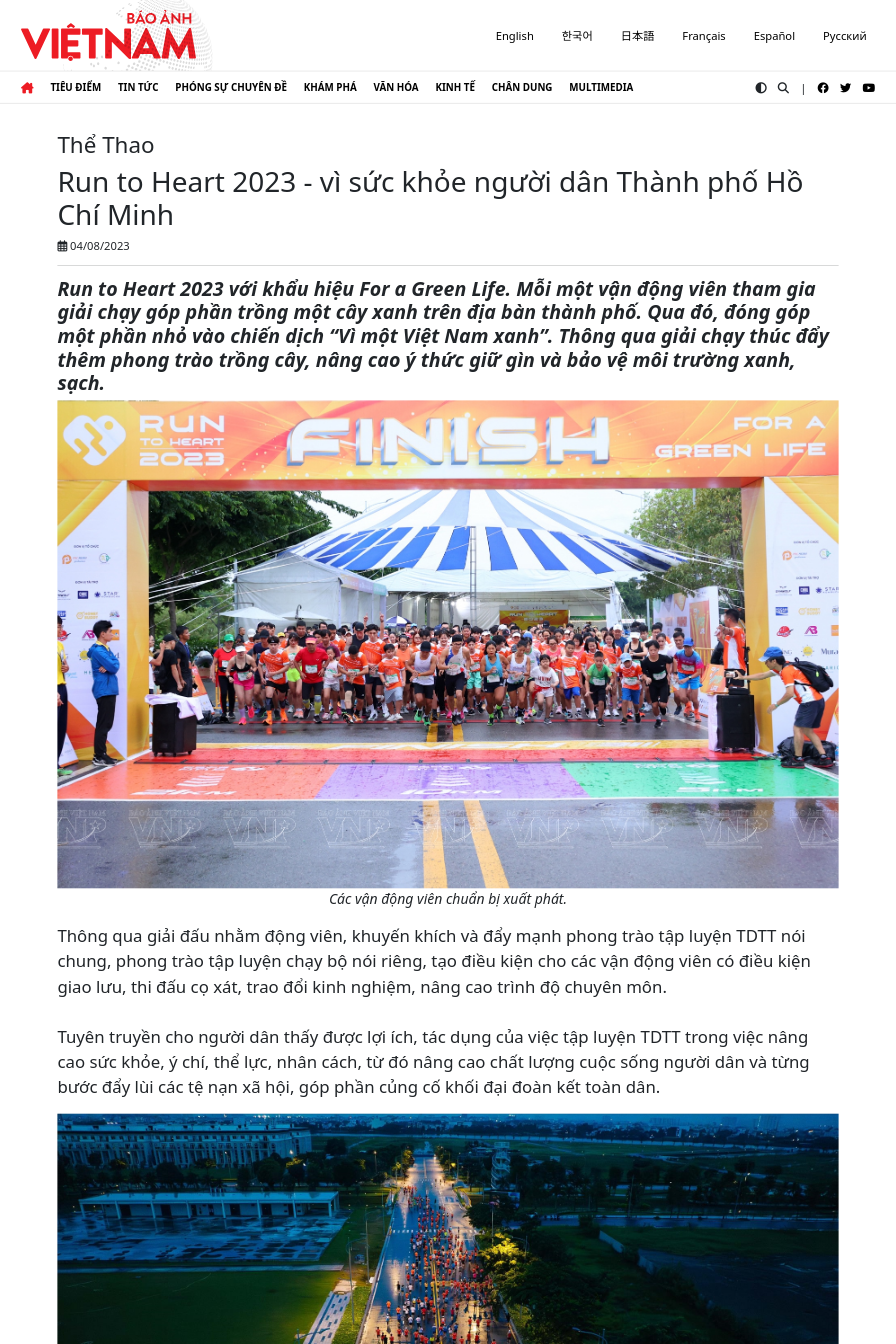
Repository: kietdotshp/webtintuc
Page: Detail.html
An editor plug-in stored every save of this project. The page is shown before and after a run of saves, followed by the edit.
The browser window is 1280 px wide. The pictures show the part of the page from y = 0 to 1920 px (the page is 9599 px tall before and 8906 px after), at 70% of full size.
Some web libraries are served in a nearby version.

Above is the page before, as saved 2023-08-10 17:33:29.

### Detail.html
<!DOCTYPE html>
<html lang="en">

<head>
    <title></title>
    <meta charset="UTF-8">
    <meta name="viewport" content="width=device-width, initial-scale=1">
    <link href="assets/css/detail.css" rel="stylesheet">
    <link href="https://cdn.jsdelivr.net/npm/bootstrap@5.3.1/dist/css/bootstrap.min.css" rel="stylesheet"
        integrity="sha384-4bw+/aepP/YC94hEpVNVgiZdgIC5+VKNBQNGCHeKRQN+PtmoHDEXuppvnDJzQIu9" crossorigin="anonymous">
    <link href="https://cdn.jsdelivr.net/npm/bootstrap@5.3.1/dist/css/bootstrap.min.css" rel="stylesheet"
        integrity="sha384-4bw+/aepP/YC94hEpVNVgiZdgIC5+VKNBQNGCHeKRQN+PtmoHDEXuppvnDJzQIu9" crossorigin="anonymous" />
    <script src="https://cdn.jsdelivr.net/npm/bootstrap@5.3.1/dist/js/bootstrap.bundle.min.js"></script>
    <script src="https://kit.fontawesome.com/a076d05399.js"></script>
    <link rel="stylesheet" href="https://cdnjs.cloudflare.com/ajax/libs/font-awesome/6.4.2/css/all.min.css"
        integrity="sha512-z3gLpd7yknf1YoNbCzqRKc4qyor8gaKU1qmn+CShxbuBusANI9QpRohGBreCFkKxLhei6S9CQXFEbbKuqLg0DA=="
        crossorigin="anonymous" referrerpolicy="no-referrer" />

    <link rel="stylesheet" href="https://cdnjs.cloudflare.com/ajax/libs/font-awesome/4.7.0/css/font-awesome.min.css" />
</head>

<body>
    <header>
        <div class="container-custom">
            <section class="d-flex align-items-center justify-content-between">
                <!-- Web logo -->
                <figure class="web-logo">
                    <img src="./assets/images/logo-vi.svg" alt="Logo" class="img-contain" />
                </figure>

                <div class="d-none d-lg-flex align-items-center gap-3">
                    <a href="javascript:void(0)" class="choose-lang">English</a>
                    <a href="javascript:void(0)" class="choose-lang">한국어</a>
                    <a href="javascript:void(0)" class="choose-lang">日本語</a>
                    <a href="javascript:void(0)" class="choose-lang">Français</a>
                    <a href="javascript:void(0)" class="choose-lang">Español</a>
                    <a href="javascript:void(0)" class="choose-lang">Русский</a>
                </div>

                <a class="mobile-menu d-lg-none" href="javascript:void(0)">
                    <i class="fa-solid fa-bars-staggered fs-2"></i>
                </a>
            </section>
        </div>

        <div class="line-seperate-horizontal"></div>

        <div class="container-custom">
            <section class="d-flex align-items-center justify-content-between py-3 py-lg-0">
                <div class="d-flex align-items-center gap-4 gap-xxl-5">
                    <a href="javascript:void(0)">
                        <i class="fa-solid fa-house-chimney color-primary"></i>
                    </a>

                    <div class="d-none d-lg-flex align-items-center gap-4 gap-xxl-5">
                        <a href="javascript:void(0)" class="menu-item">Tiêu điểm</a>
                        <a href="javascript:void(0)" class="menu-item">Tin tức</a>
                        <a href="javascript:void(0)" class="menu-item">Phóng sự chuyên đề</a>
                        <a href="javascript:void(0)" class="menu-item">Khám phá</a>
                        <a href="javascript:void(0)" class="menu-item">Văn hóa</a>
                        <a href="javascript:void(0)" class="menu-item">Kinh tế</a>
                        <a href="javascript:void(0)" class="menu-item">Chân dung</a>
                        <a href="javascript:void(0)" class="menu-item">Multimedia</a>
                    </div>
                </div>

                <div class="d-flex align-items-center gap-3">
                    <div class="d-flex align-items-center gap-3">
                        <div class="cursor-pointer">
                            <i class="fa-solid fa-circle-half-stroke"></i>
                        </div>
                        <div class="cursor-pointer">
                            <i class="fa-solid fa-magnifying-glass"></i>
                        </div>
                    </div>

                    <div class="d-lg-none d-xl-block">|</div>

                    <div class="d-lg-none d-xl-flex align-items-center gap-3">
                        <a href="javascript:void(0)">
                            <i class="fa-brands fa-facebook-f"></i>
                        </a>
                        <a href="javascript:void(0)">
                            <i class="fa-brands fa-twitter"></i>
                        </a>
                        <a href="javascript:void(0)">
                            <i class="fa-brands fa-youtube"></i>
                        </a>
                    </div>
                </div>
            </section>
        </div>
    </header>
    <div class="line-seperate-horizontal"></div>

    <main>
        <div class="container">
            <div class="detailmenu">
                <h2>
                    <link href="#" target="kiểu mở liên kết">Thể Thao</link>
                </h2>
                <h1>Run to Heart 2023 - vì sức khỏe người dân Thành phố Hồ Chí Minh</h1>
                <div class="timeline">
                    <time>
                        <i class="fa-regular fa-calendar"></i>
                        04/08/2023
                    </time>
                </div>
                <hr />
            </div>
            <div class="smaller">
                <div>
                    <h3>
                        <span class="title">Run to Heart 2023 với khẩu hiệu For a Green Life.
                            Mỗi một vận động viên tham gia giải chạy góp phần trồng một cây xanh trên địa bàn thành phố.
                            Qua đó, đóng góp một phần nhỏ vào chiến dịch “Vì một Việt Nam xanh”. Thông qua giải chạy
                            thúc đẩy
                            thêm phong trào trồng cây, nâng cao ý thức giữ gìn và bảo vệ môi trường xanh, sạch.
                        </span>
                    </h3>
                    <img src="assets/images/detail1.jpg">
                    <p style="color:darkbluel;text-align:center;font-style:italic;font-size: 1.25rem;">Các vận động viên
                        chuẩn bị xuất phát.
                    </p>
                    <div class="content1">
                        <span>Thông qua giải đấu nhằm động viên, khuyến khích và đẩy mạnh phong trào tập luyện TDTT nói
                            chung, phong trào tập luyện chạy bộ nói riêng,
                            tạo điều kiện cho các vận động viên có điều kiện giao lưu, thi đấu cọ xát, trao đổi kinh
                            nghiệm, nâng cao trình độ chuyên môn.</span>
                        <br><br>
                        <p>Tuyên truyền cho người dân thấy được lợi ích, tác dụng của việc tập luyện TDTT trong việc
                            nâng cao sức khỏe, ý chí, thể lực, nhân cách, từ đó nâng cao chất lượng cuộc sống người dân
                            và
                            từng bước đẩy lùi các tệ nạn xã hội, góp phần củng cố khối đại đoàn kết toàn dân.</p>
                    </div>
                </div>
                <div>
                    <img src="assets/images/detail2.jpg">
                    <p style="color:darkbluel;text-align:center;font-style:italic;font-size: 1.25rem;">Các vận động viên
                        xuất phát từ lúc 5h sáng ở cự ly 21km.
                    </p>
                    <img src="assets/images/detail3.jpg">
                    <p style="color:darkbluel;text-align:center;font-style:italic;font-size: 1.25rem;">Gần 1500 vận động
                        viên tham gia giải Run to Heart 2023.
                    </p>
                    <img src="assets/images/detail4.jpg">
                    <p style="color:darkbluel;text-align:center;font-style:italic;font-size: 1.25rem;">Nụ cười luôn
                        trường trực trên môi các vận động viên.
                    </p>
                </div>
                <div class="content1">
                    <span>
                        Không có nét căng thẳng trên gương mặt, không có sự tính toán thắng thua hay cạnh tranh nhau,
                        trên đôi môi ai cũng nở những nụ cười thật tươi. Họ tham gia giải, mục đích chính chẳng phải
                        thắng hay thua, mà vì muốn chung tay đóng góp vào môi trường của
                        Thành phố và một thông điệp chú trọng bảo vệ sức khỏe của chính mình và người thân trước dịch
                        bệnh.
                    </span>
                    <br><br>
                    <span>
                        Vận động viên Ngọc Đại đến từ Tp. Thủ Đức tham gia giải Run to Heart 2023 cho biết:
                        “Mình sống ở Sài Gòn lâu năm nhưng chưa có ý thức lắm trong việc bảo vệ môi trường sống,
                        tham dự giải lần này cũng muốn đóng góp một chút sức mình để bảo vệ thiên nhiên và cảnh quang
                        thành phố”.
                    </span>
                </div>
                <div>
                    <img src="assets/images/detail5.jpg">
                    <p style="color:darkbluel;text-align:center;font-style:italic;font-size: 1.25rem;">Thông qua giải
                        đấu nhằm động viên, khuyến khích và đẩy mạnh phong trào tập luyện TDTT nói chung, phong trào tập
                        luyện chạy bộ nói<br> riêng.
                    </p>
                    <img src="assets/images/detail6.jpg">
                    <p style="color:darkbluel;text-align:center;font-style:italic;font-size: 1.25rem;">Thể hiện tình yêu
                        trên đường chạy.
                    </p>
                    <img src="assets/images/detail7.jpg">
                    <p style="color:darkbluel;text-align:center;font-style:italic;font-size: 1.25rem;">Cả gia đình cùng
                        đăng kí tham gia chạy Run to Heart 2023.
                    </p>
                    <img src="assets/images/detail8.jpg">
                    <p style="color:darkbluel;text-align:center;font-style:italic;font-size: 1.25rem;">Vận động viên về
                        đích.
                        <img src="assets/images/detail9.jpg">
                    <p style="color:darkbluel;text-align:center;font-style:italic;font-size: 1.25rem;">Mỗi vận động viên
                        tham gia sẽ có huy chương kỉ niệm của Ban tổ chức khi hoàn thành cự ly mình tham gia.
                    </p>
                    <img src="assets/images/detail10.jpg">
                    <p style="color:darkbluel;text-align:center;font-style:italic;font-size: 1.25rem;">Tổng tất cả có 42
                        giải thưởng chia đều ở 3 cự ly 5km,10km và 21km.
                    </p>

                </div>
                <div class="content1">
                    <span>Dĩ nhiên trong một cuộc thi chạy sẽ có người về nhất, về nhì, về ba…Thế nhưng, điều quan trọng
                        nhất với những người tham gia giải việc thành tích chỉ là thứ yếu.
                        Quan trọng nhất với họ khi tham là chung tay bảo vệ môi trường và nâng cao ý thức rèn luyện thể
                        thao để bảo vệ sức khỏa của chính mình.</span>
                    <br><br>
                    <span>Ban tổ chức Run to Heart 2023 sẽ góp 1.500 cây xanh vào chiến dịch “Vì một Việt Nam xanh”./.
                    </span>
                </div>
                <hr class="custom">
                <div class="penSign">
                    <p>Bài và ảnh: Thông Hải/ Báo ảnh Việt Nam</p>
                </div>

                <div>

                </div>
            </div>
        </div>

    </main>
</body>

</html>

### assets/css/detail.css
:root {
    --main-color: #333;
    --main-red-color: #ed1c24;
    --main-white-color: #fff;
    --main-blue-color-1: #b8dcf3;
    --main-blue-color-2: #467491;
    --main-grey-color-1: #666;
    --main-grey-color-2: #888;
    --main-grey-color-3: #f0f0f0;
    --main-border-color: #e0e0e0;
  }

  /* Common */
  .body {
    display: flex;
    flex-direction: column;
    min-height: 100vh;
    font-size: 16px;
    color: var(--main-color);
    font-family: 'Roboto-Regular', sans-serif;
  }

  .img-cover {
    width: 100%;
    height: 100%;
    object-fit: cover;
  }

  .img-contain {
    width: 100%;
    height: 100%;
    object-fit: contain;
  }

  img {
    max-width: 100%;
    max-height: 100%;
  }

  a {
    text-decoration: none !important;
    color: initial !important;
  }

  .color-primary {
    color: var(--main-red-color);
  }

  .cursor-pointer {
    cursor: pointer;
  }

  .container-custom {
    max-width: 1400px;
    padding-inline: 15px;
    margin: 0 auto;

    @media (min-width: 768px) {
      padding-inline: 30px;
    }
  }

  .text-line-clamp-2 {
    display: -webkit-box;
    -webkit-line-clamp: 2;
    -webkit-box-orient: vertical;
    overflow: hidden;
  }

  .text-line-clamp-3 {
    display: -webkit-box;
    -webkit-line-clamp: 3;
    -webkit-box-orient: vertical;
    overflow: hidden;
  }

  .image-padding-top {
    position: relative;
    padding-top: 56.25%;
  }

  /* Header css */
  .web-logo {
    position: relative;
    padding-block: 14px;
    margin-bottom: 0;
    width: 150px;

    @media (min-width: 992px) {
      width: 250px;
    }
  }

  .web-logo::after {
    content: '';
    background: url('../images/earth-digital.svg') no-repeat;
    width: 100%;
    height: 100%;
    opacity: 0.2;
    position: absolute;
    right: -60px;
    top: 0;
  }

  .choose-lang {
    border-radius: 9999px;
    padding: 6px 12px;
  }

  .choose-lang:hover {
    background-color: var(--main-border-color);
  }

  .line-seperate-horizontal {
    width: 100%;
    height: 1px;
    background-color: #e0e0e0;
  }

  .line-seperate-vertical {
    width: 1px;
    height: 100%;
    background-color: #e0e0e0;
    margin: 0 auto;
  }

  .menu-item {
    text-transform: uppercase;
    font-weight: 700;
    font-size: 14px;
    position: relative;
    padding-block: 12px;
    white-space: nowrap;
  }

  .menu-item::before {
    content: '';
    position: absolute;
    top: -1px;
    left: 50%;
    right: 50%;
    transform: translate(-50%, 0);
    width: 0;
    height: 2px;
    background: var(--main-red-color);
    transition: all 0.2s linear;
  }

  .menu-item:hover:before {
    width: 100%;
  }

  /* Carousel */
  .carousel-item {
    position: absolute !important;
    top: 0;
    left: 0;
    width: 100%;
    height: 100%;
  }

  .carousel-control-next,
  .carousel-control-prev {
    width: 10% !important;
  }

  .carousel-control-prev,
  .carousel-control-next {
    opacity: 0 !important;
  }

  .carousel:hover .carousel-control-prev,
  .carousel:hover .carousel-control-next {
    transition: all 0.3s linear;
    opacity: 1 !important;
  }

  /* Main */
  .content {
    border: 1px solid var(--main-border-color);
    padding: 20px;
  }

  .content-spacing {
    margin-block: 40px;
  }

  .content-title {
    display: inline-block;
    color: var(--main-red-color);
    line-height: 26px;
    font-size: 26px;
    font-weight: 600;
    margin-bottom: 20px;
  }

  .article-title {
    font-size: 22px;
    font-weight: 600;
  }

  .article-title.sub {
    font-size: 16px;
  }

  .article-category {
    text-transform: uppercase;
    font-size: 12px;
    color: var(--main-grey-color-2);
  }

  .content-ul-list {
    padding-left: 20px;
    margin-bottom: 0;
    max-height: 480px;
    overflow: auto;
  }

  .content-ul-list li::marker {
    color: var(--main-red-color);
  }

  /* Spacing */
  .mb-10px {
    margin-bottom: 10px;
  }

  .max-w-40px {
    max-width: 40px !important;
  }
  .h2{
    color: var(--main-red-color);
  }
  .detailmenu{
    margin-top: 40px;
  }
  .title{
    font-weight: 700;
    font-style:italic;
  }
  .content1{
    font-size: 1.5rem;
    line-height: 1.5;
    margin: 20px auto;
  }
  .line{
    text-align: center;
  }
  .penSign{
    text-align: center;
    font-size:1.5rem;
    font-family: 'Tinos-Regular', serif;
  }
  /* hr.centered {
    border: none;
    border-top: 2px solid #333;
    margin: 20px auto;
    width: 10%;
} */
hr.custom {
    border: none;
    border-top: 3px solid #333;
    margin: 1cm auto;
    width: 5%;
}

After the next 3 saves:
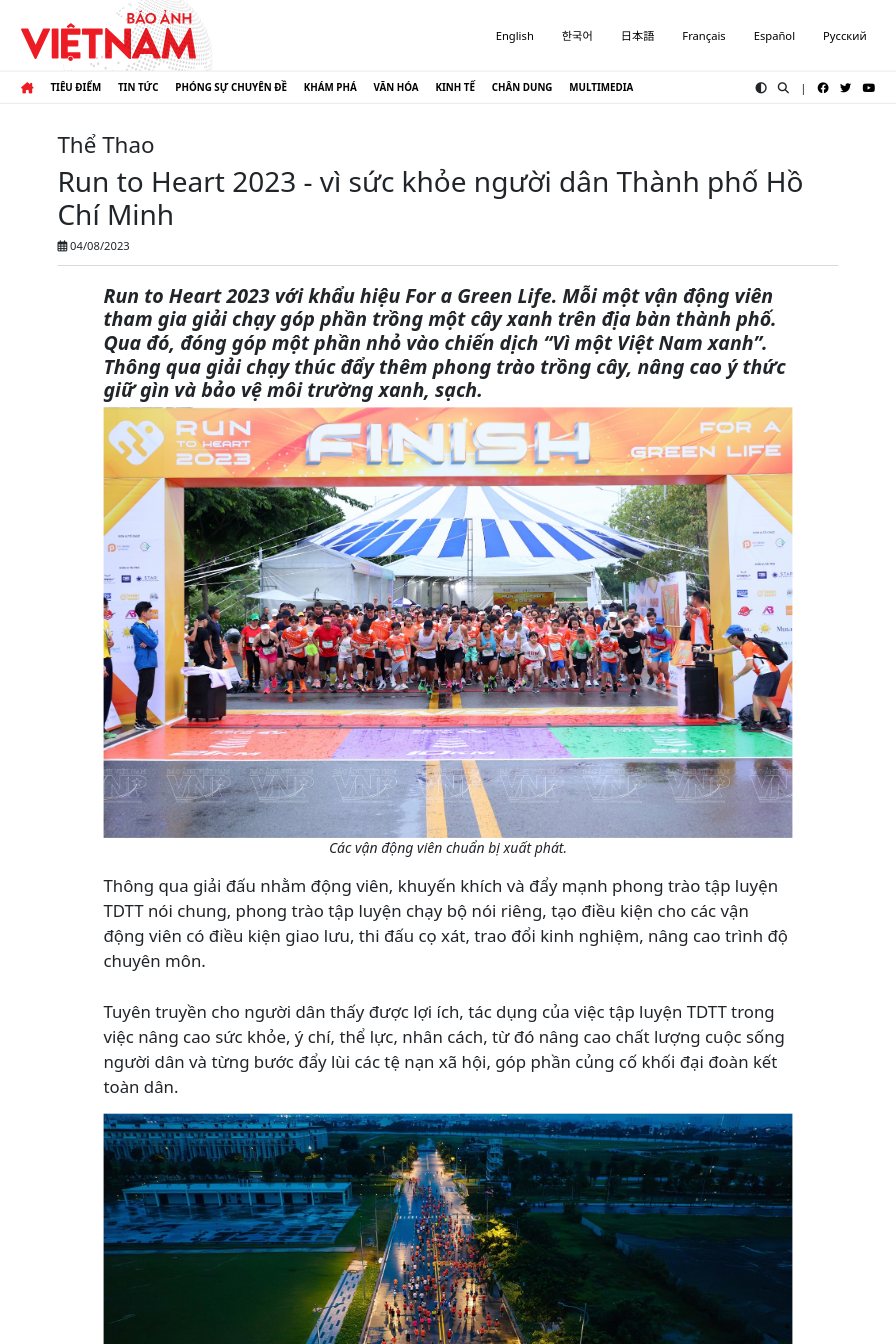
The 3 saves are shown as one change because they came seconds apart.
The last was saved 10 s later.
--- a/assets/css/detail.css
+++ b/assets/css/detail.css
@@ -231,6 +231,12 @@
   .h2{
     color: var(--main-red-color);
   }
+  .smaller {
+    width: 90%;
+    margin: 0 auto;
+    padding: 10px;
+
+}
   .detailmenu{
     margin-top: 40px;
   }
